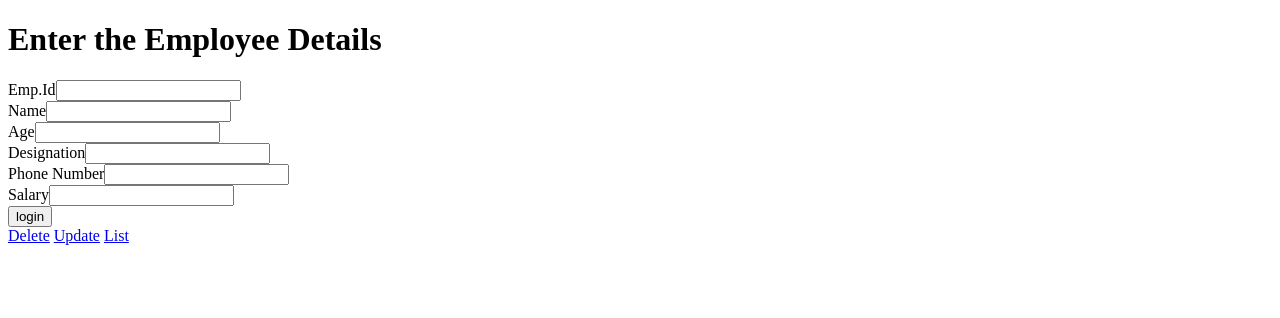
Repository: ramakrishnan1997/ram_javatraining
Page: crudemployeetest/CrudOperationEmp/src/main/webapp/index.html
These files come from the project's save history. The page is drawn as it stood at one moment and after the next save; the edit follows.
The browser window is 1280 px wide. The pictures show the whole page.

Above is the page before, as saved 2022-06-13 08:51:52.

After the next save:
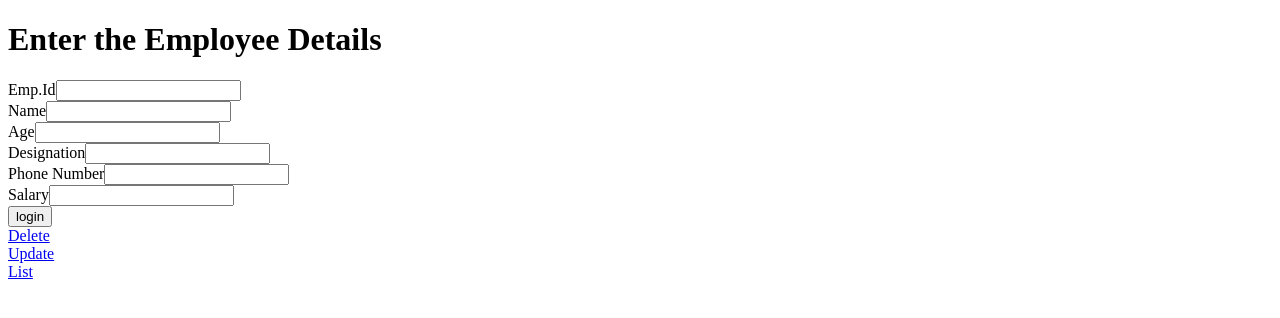
Saved 37 s later.
--- a/crudemployeetest/CrudOperationEmp/src/main/webapp/index.html
+++ b/crudemployeetest/CrudOperationEmp/src/main/webapp/index.html
@@ -15,9 +15,9 @@ Phone Number<input type="text" name="phone"></br>
 Salary<input type="text" name="salary"></br>
 <input type="submit" value="login" ></br>
 </form>
-<a href="http://localhost:8080/CrudOperationEmp/delete.html">Delete</a>
-<a href="http://localhost:8080/CrudOperationEmp/updatehtml.html">Update</a>
-<a href="ListSservlet">List</a>
+<a href="http://localhost:8080/CrudOperationEmp/delete.html">Delete</a></br>
+<a href="http://localhost:8080/CrudOperationEmp/updatehtml.html">Update</a></br>
+<a href="ListSservlet">List</a></br>
 
 </body>
 </html>
